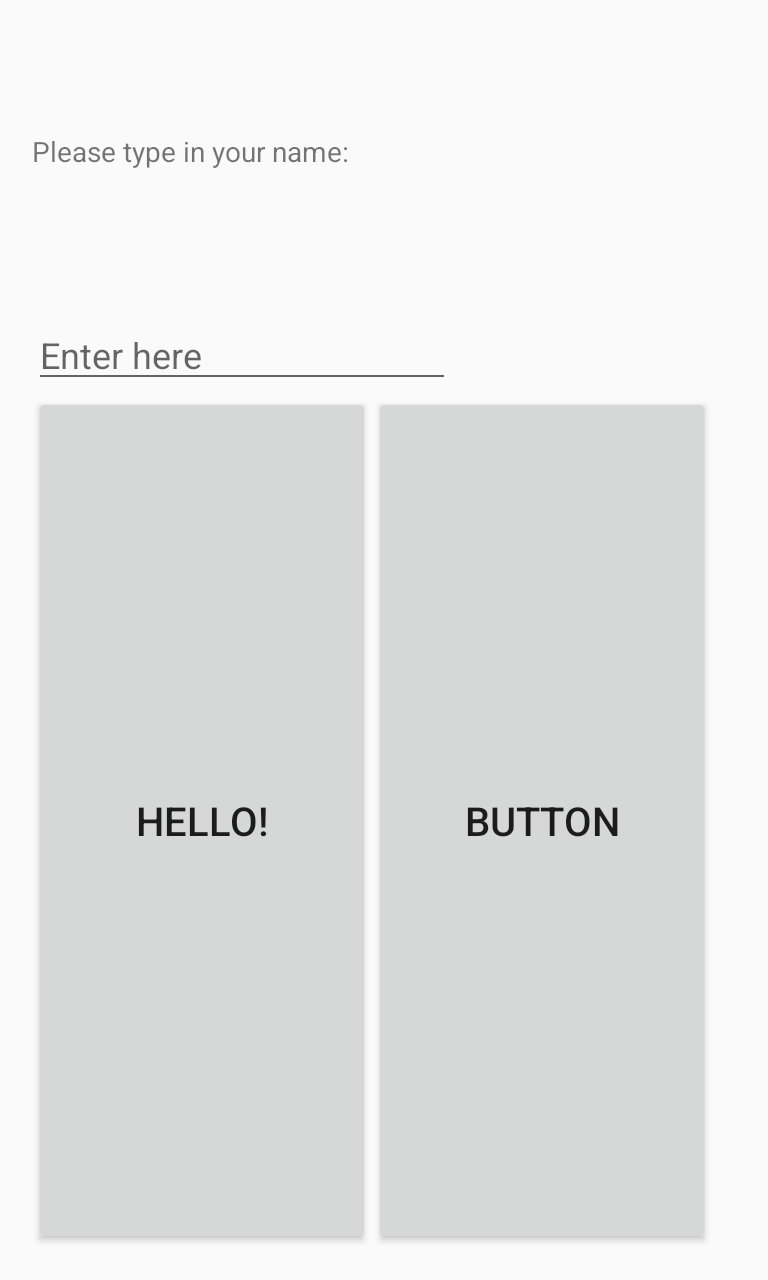
Repository: echolomaniac/HelloWorld
Layout: HelloWorld/res/layout/fragment_main.xml
An editor plug-in stored every save of this project. The layout is shown before and after the next save, followed by the edit.
It is drawn on a 768 x 1280 px phone screen (xhdpi) without system bars, with theme AppBaseTheme; the app's code is not run.

Above is the layout before, as saved 2014-05-06 05:53:35.

After the next save:
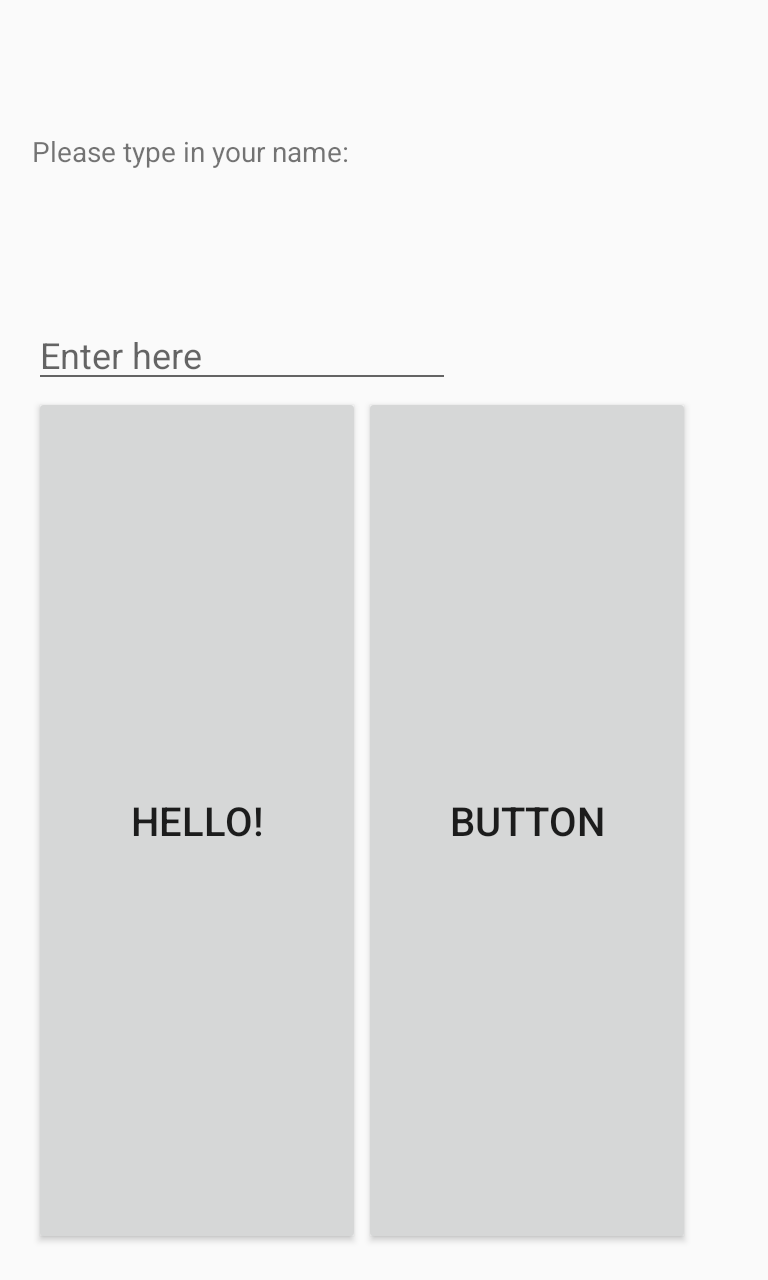
Saved 16 s later.
--- a/HelloWorld/res/layout/fragment_main.xml
+++ b/HelloWorld/res/layout/fragment_main.xml
@@ -37,14 +37,14 @@
 
             <Button
                 android:id="@+id/button1"
-                android:layout_width="170dp"
+                android:layout_width="165dp"
                 android:layout_height="match_parent"
                 android:text="@string/hello_button"
                 android:textSize="20sp" />
 
             <Button
                 android:id="@+id/button2"
-                android:layout_width="170dp"
+                android:layout_width="165dp"
                 android:layout_height="match_parent"
                 android:text="Button"
                 android:textSize="20sp" />
